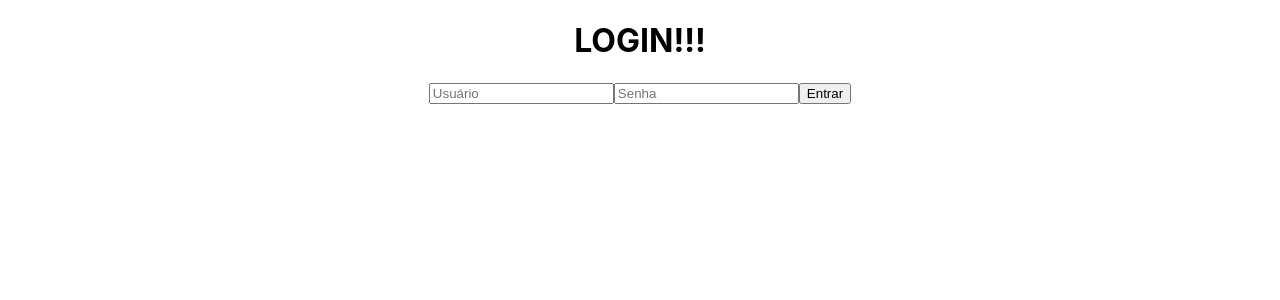
Repository: gustavo-eng/TheFightDay
Page: / (app in Client/frontend/)
The author's editor kept a copy of each file at every save. The page is drawn from the files as they stood at one save, then again after the next save.
The browser window is 1280 px wide. The pictures show the whole page.
Pictures or frames that could not be fetched are drawn as grey boxes. The project was rebuilt for these pictures with package versions that can differ from the ones it lists, and the page was loaded fresh each time. Also part of the build but not shown: Client/frontend/src/utils/PrivateRoute.js, Client/frontend/src/pages/Home.js.

Above is the page before, as saved 2023-06-03 22:54:16.

After the next save:
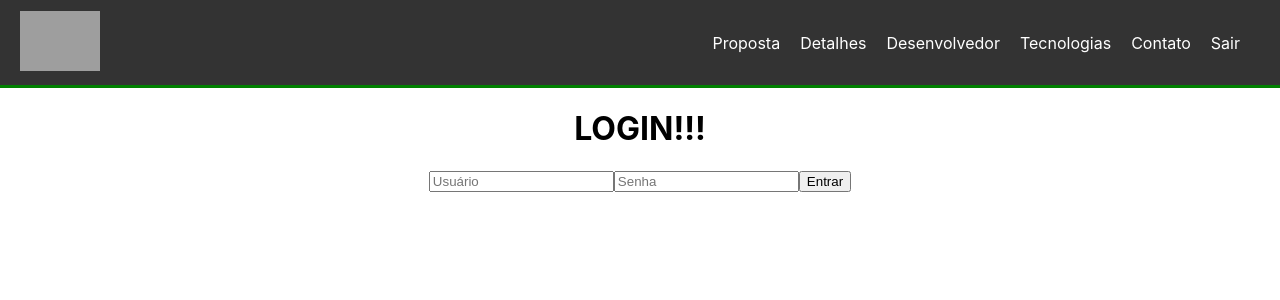
Saved 29 s later.
--- a/Client/frontend/src/App.js
+++ b/Client/frontend/src/App.js
@@ -1,11 +1,13 @@
 
 import './App.css';
+import Header from './Components/Header';
 import Rotas from './routes/Routes';
 
 
 function App() {
   return (
     <div className="App">
+        <Header />
         <Rotas />
     </div>
   );
